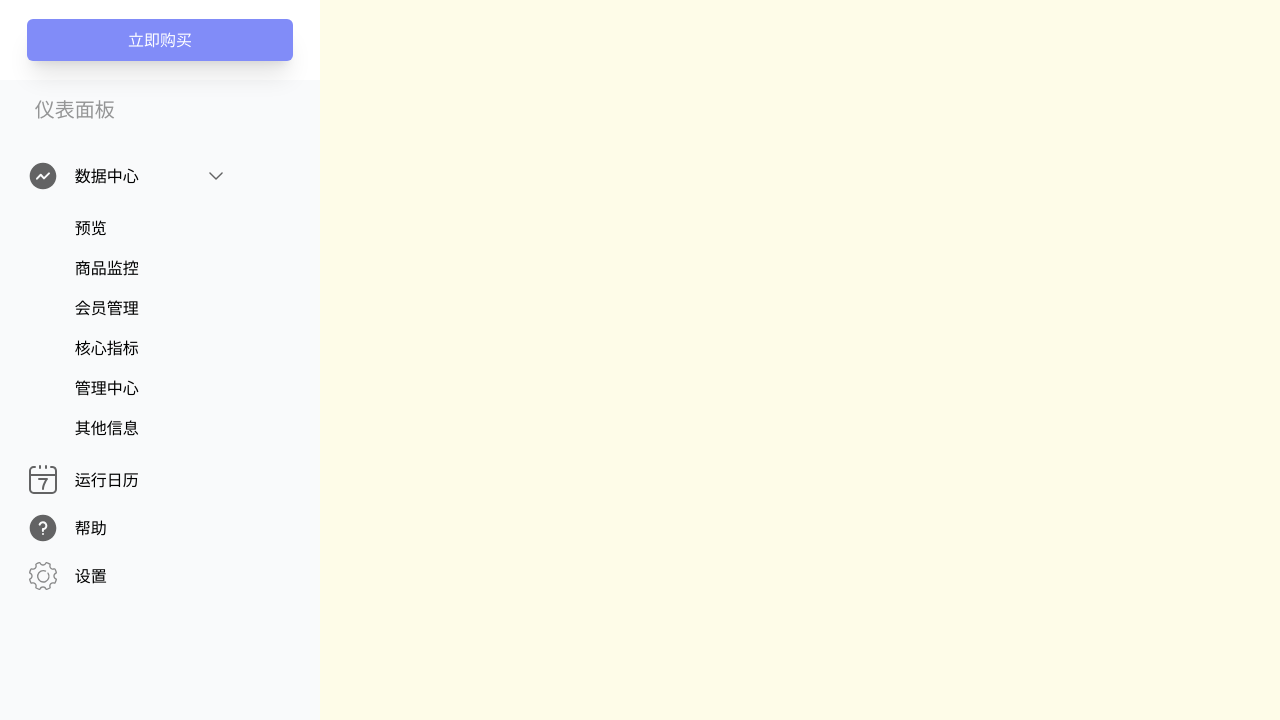
Repository: LiuRuohui/useWater
Page: /
An editor plug-in stored every save of this project. The page is shown before and after the next save, followed by the edit.
The browser window is 1280 px wide. The pictures show the whole page.
The project was rebuilt for these pictures with package versions that can differ from the ones it lists, and the page was loaded fresh each time. Also part of the build but not shown: vite.config.js.

Above is the page before, as saved 2022-04-06 09:29:41.

After the next save:
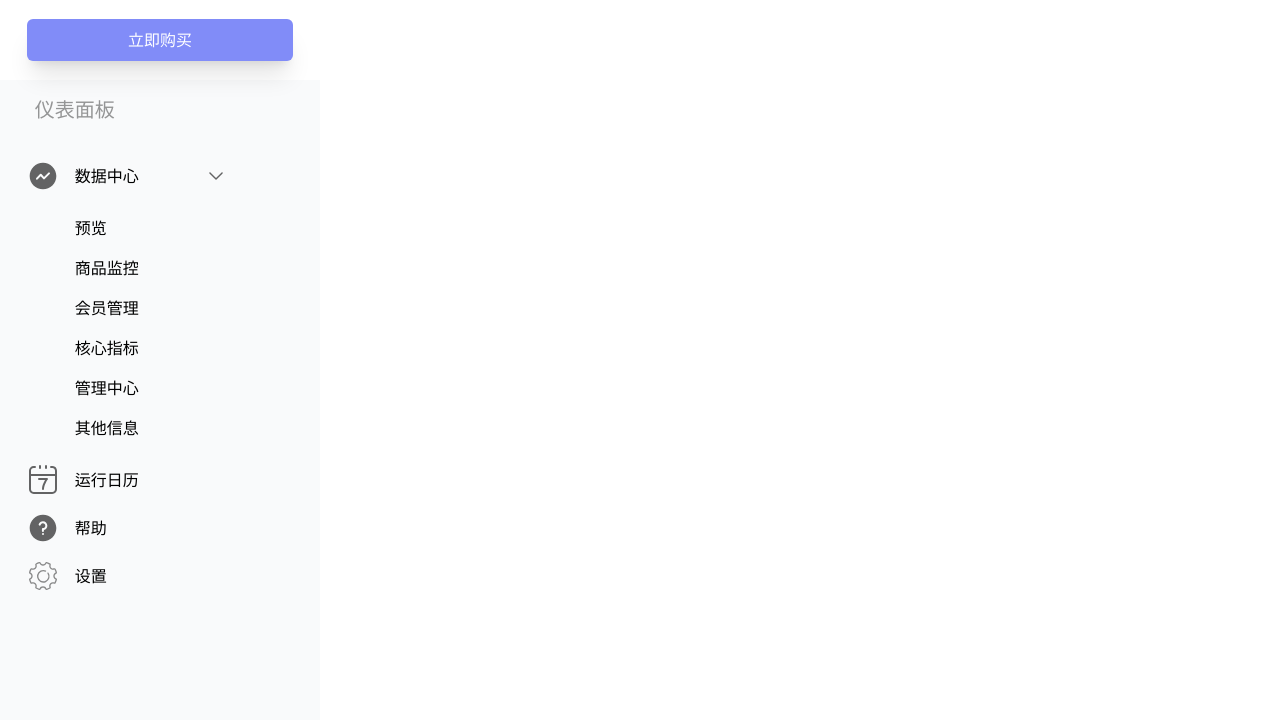
Saved 55 s later.
--- a/src/components/HelloWorld.vue
+++ b/src/components/HelloWorld.vue
@@ -45,7 +45,7 @@
         </div>
     </div>
   </div>
-  <div class="flex flex-grow bg-yellow-50">
+  <div class="flex flex-grow">
 
   </div>
 </div>
